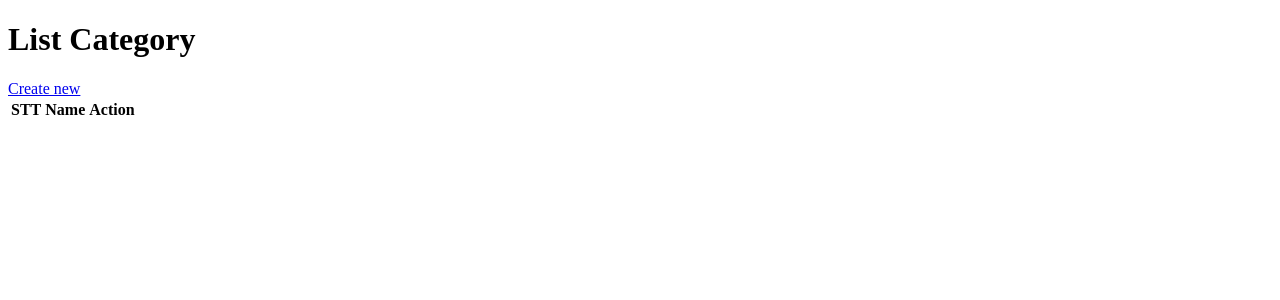
Repository: hongquan16101995/servlet-jw0124
Page: http://localhost/demo/categories
An editor plug-in stored every save of this project. The page is shown before and after the next save, followed by the edit.
The browser window is 1280 px wide. The pictures show the whole page.
The page is served by Tomcat 9. Other server files are loaded and not shown.

Above is the page before, as saved 2024-05-09 14:00:42.

### demo/src/main/webapp/category/list.jsp
<%@ page language="java" contentType="text/html; charset=ISO-8859-1"
    pageEncoding="ISO-8859-1"%>
<%@ taglib prefix = "c" uri = "http://java.sun.com/jsp/jstl/core" %>
<!DOCTYPE html>
<html>
<head>
<meta charset="ISO-8859-1">
<title>Insert title here</title>
</head>
<body>
<h1>List Category</h1>
<a href="/demo/categories?action=createGet">Create new</a>
<table>
	<tr>
		<th>STT</th>
		<th>Name</th>
		<th>Action</th>
	</tr>
	<c:forEach items="${categories}" var="c" varStatus="cs">
	<tr>
		<td>${cs.count }</td>
		<td>${c.name }</td>
		<td><a href="/demo/categories?action=updateGet&id=${c.id }"><button>Edit</button></a></td>
	</tr>
	</c:forEach>
</table>
</body>
</html>

### demo/src/main/java/controller/CategoryServlet.java
package controller;

import java.io.IOException;
import java.util.List;

import javax.servlet.ServletException;
import javax.servlet.annotation.WebServlet;
import javax.servlet.http.HttpServlet;
import javax.servlet.http.HttpServletRequest;
import javax.servlet.http.HttpServletResponse;

import model.Category;
import service.CategoryService;

/**
 * Servlet implementation class CategoryServlet
 */
@WebServlet("/categories")
public class CategoryServlet extends HttpServlet {
	private static final long serialVersionUID = 1L;
	private CategoryService categoryService = CategoryService.getInstance();

	/**
	 * @see HttpServlet#doGet(HttpServletRequest request, HttpServletResponse response)
	 */
	protected void doGet(HttpServletRequest request, HttpServletResponse response) throws ServletException, IOException {
		// TODO Auto-generated method stub
		String action = request.getParameter("action");
		if (action == null) {
			action = "";
		}
		switch(action) {
			case "createGet":
				createGet(request, response);
				break;
			case "updateGet":
				updateGet(request, response);
				break;
			default:
				displayAllCategory(request, response);
				break;
		}
	}

	/**
	 * @see HttpServlet#doPost(HttpServletRequest request, HttpServletResponse response)
	 */
	protected void doPost(HttpServletRequest request, HttpServletResponse response) throws ServletException, IOException {
		// TODO Auto-generated method stub
		String action = request.getParameter("action");
		if (action == null) {
			action = "";
		}
		switch(action) {
			case "createPost":
				createPost(request, response);
				break;
			case "updatePost":
				updatePost(request, response);
				break;
		}
	}

	private void displayAllCategory(HttpServletRequest request, HttpServletResponse response) throws ServletException, IOException {
		List<Category> categories = categoryService.getCategories();
		request.setAttribute("categories", categories);
		request.getRequestDispatcher("category/list.jsp").forward(request, response);
	}

	private void createGet(HttpServletRequest request, HttpServletResponse response) throws ServletException, IOException {
		Category category = new Category();
		request.setAttribute("category", category);
		request.getRequestDispatcher("category/create.jsp").forward(request, response);
	}

	private void createPost(HttpServletRequest request, HttpServletResponse response) throws ServletException, IOException {
		int id = Integer.parseInt(request.getParameter("id"));
		String name = request.getParameter("name");
		categoryService.createCategory(new Category(id, name));
		response.sendRedirect("/demo/categories");
	}

	private void updateGet(HttpServletRequest request, HttpServletResponse response) throws ServletException, IOException {
		int id = Integer.parseInt(request.getParameter("id"));
		Category category = categoryService.getById(id);
		request.setAttribute("category", category);
		request.getRequestDispatcher("category/update.jsp").forward(request, response);
	}

	private void updatePost(HttpServletRequest request, HttpServletResponse response) throws ServletException, IOException {
		int id = Integer.parseInt(request.getParameter("id"));
		String name = request.getParameter("name");
		categoryService.updateCategory(id, new Category(id, name));
		response.sendRedirect("/demo/categories");
	}
}

After the next save:
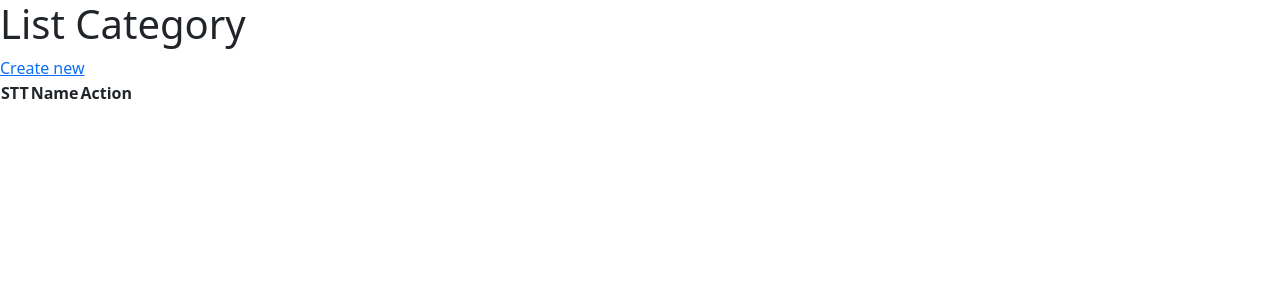
Saved 4 days later.
--- a/demo/src/main/webapp/category/list.jsp
+++ b/demo/src/main/webapp/category/list.jsp
@@ -6,6 +6,8 @@
 <head>
 <meta charset="ISO-8859-1">
 <title>Insert title here</title>
+<link href="https://cdn.jsdelivr.net/npm/bootstrap@5.0.2/dist/css/bootstrap.min.css" rel="stylesheet" integrity="sha384-EVSTQN3/azprG1Anm3QDgpJLIm9Nao0Yz1ztcQTwFspd3yD65VohhpuuCOmLASjC" crossorigin="anonymous">
+<script src="https://cdn.jsdelivr.net/npm/bootstrap@5.0.2/dist/js/bootstrap.bundle.min.js" integrity="sha384-MrcW6ZMFYlzcLA8Nl+NtUVF0sA7MsXsP1UyJoMp4YLEuNSfAP+JcXn/tWtIaxVXM" crossorigin="anonymous"></script>
 </head>
 <body>
 <h1>List Category</h1>
